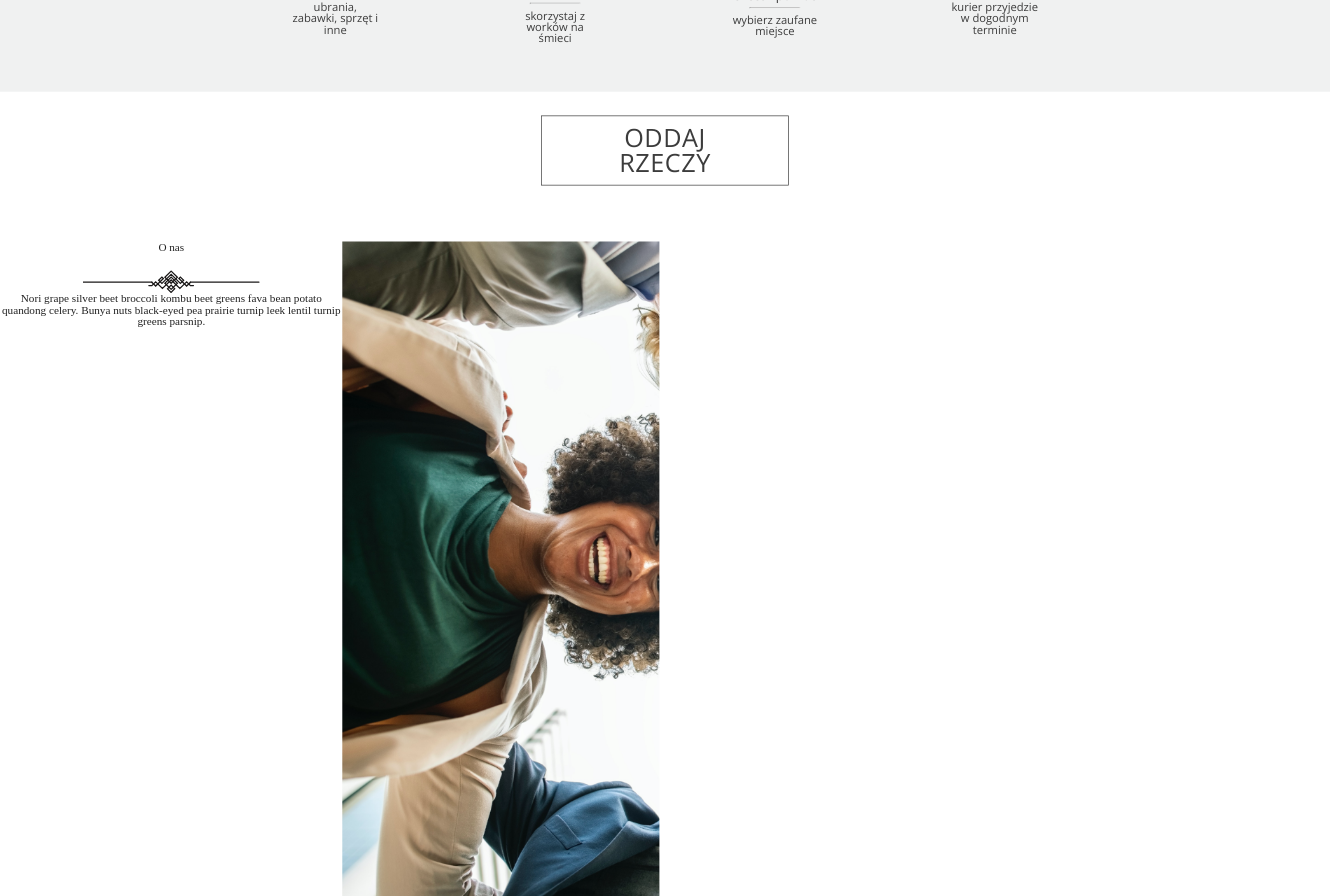
Repository: tomekwoojcik/oddam-w-dobre-rence
Page: /
These files come from the project's save history. The page is drawn as it stood at one moment and after the next save; the edit follows.
The browser window is 1280 px wide. The page is 1900 px wide, so the pictures cover 1900 px, including what lies to the right of the window. The pictures show the part of the page from y = 1720 to 3000 px (the page is 3000 px tall), at 70% of full size.
The project was rebuilt for these pictures with package versions that can differ from the ones it lists, and the page was loaded fresh each time. Also part of the build but not shown: src/pages/logIn/logIn.js, src/pages/register/register.js.

Above is the page before, as saved 2022-12-08 09:06:06.

After the next save:
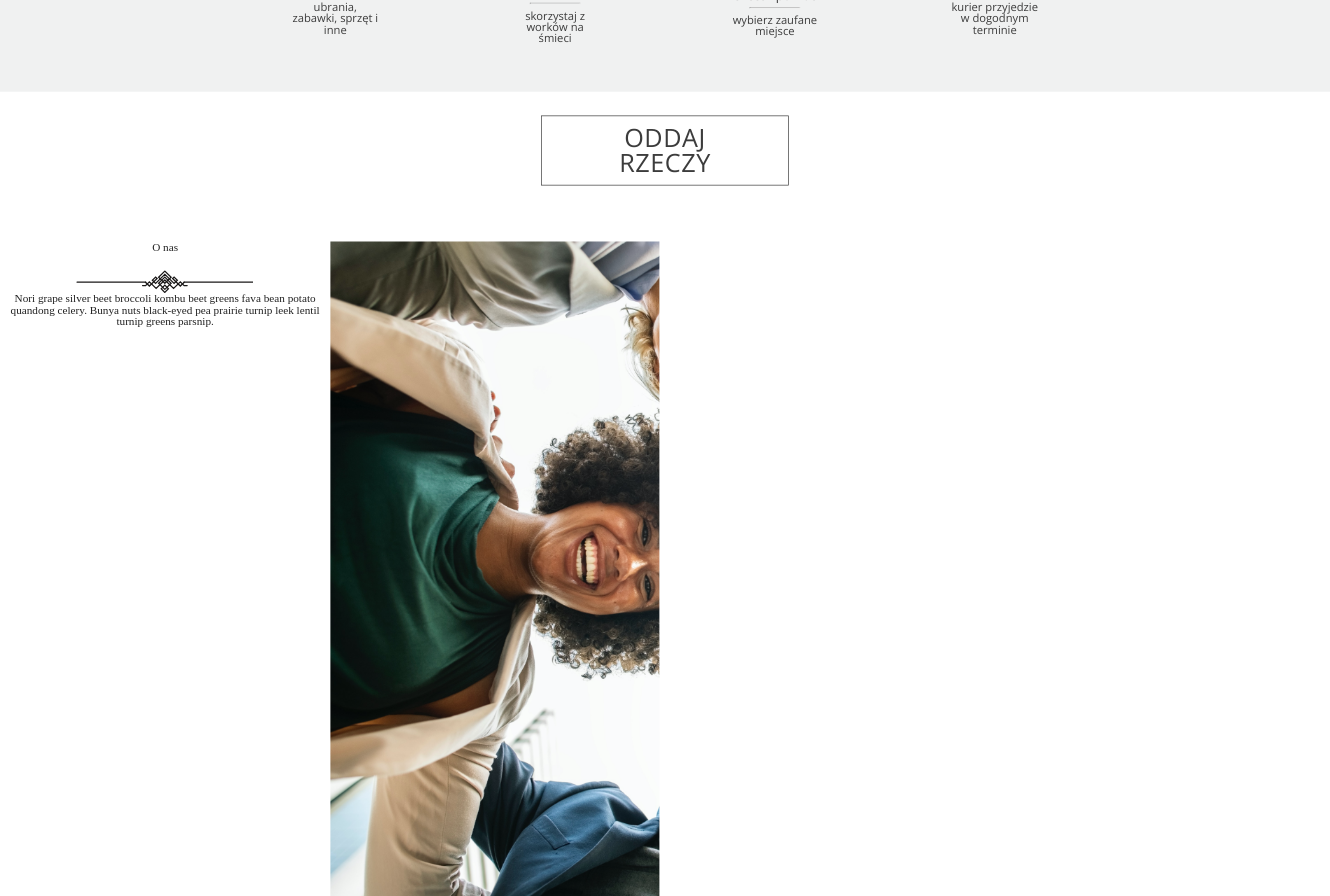
Saved 5 min 49 s later.
--- a/src/components/atoms/aboutUsText/_aboutUsText.scss
+++ b/src/components/atoms/aboutUsText/_aboutUsText.scss
@@ -1,3 +1,3 @@
 .aboutUsText{
-
+    width: 945px;
 }
